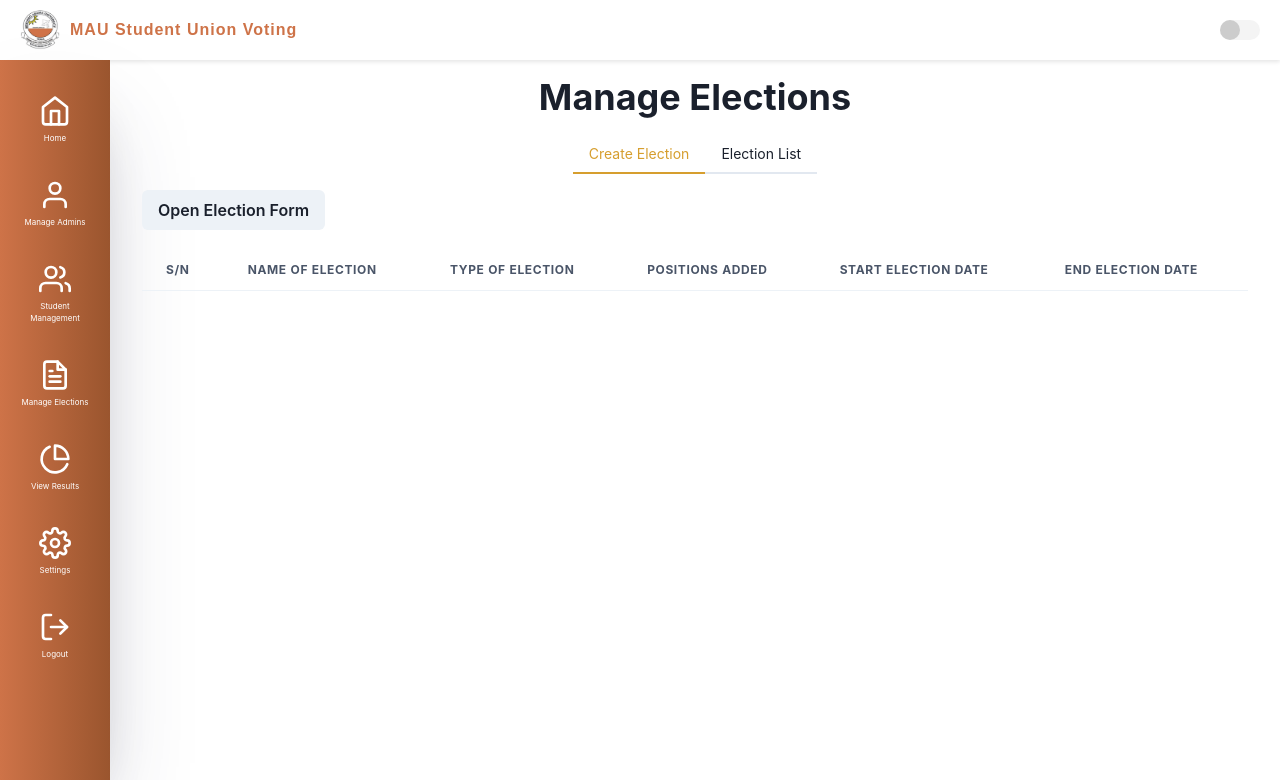
Repository: joena1o/e-vote
Page: /admin-dashboard/manage-elections
These files come from the project's save history. The page is drawn as it stood at one moment and after the next save; the edit follows.
The browser window is 1280 px wide. The pictures show the whole page.
The project was rebuilt for these pictures with package versions that can differ from the ones it lists, and the page was loaded fresh each time. Also part of the build but not shown: src/components/EnhancedLogin.js, src/components/maincontent/RegisterStudents/ManageStudents.js, src/components/maincontent/RegisterStudents/RegisterStudents.js, src/components/maincontent/RegisterStudents/StudentManagement.js, src/components/maincontent/ElectionResults/ViewResults.js, src/components/maincontent/Settings/Settings.js, src/api/index.js, src/components/maincontent/home/Home.styles.js and 15 more.

Above is the page before, as saved 2023-10-26 14:33:55.

After the next save:
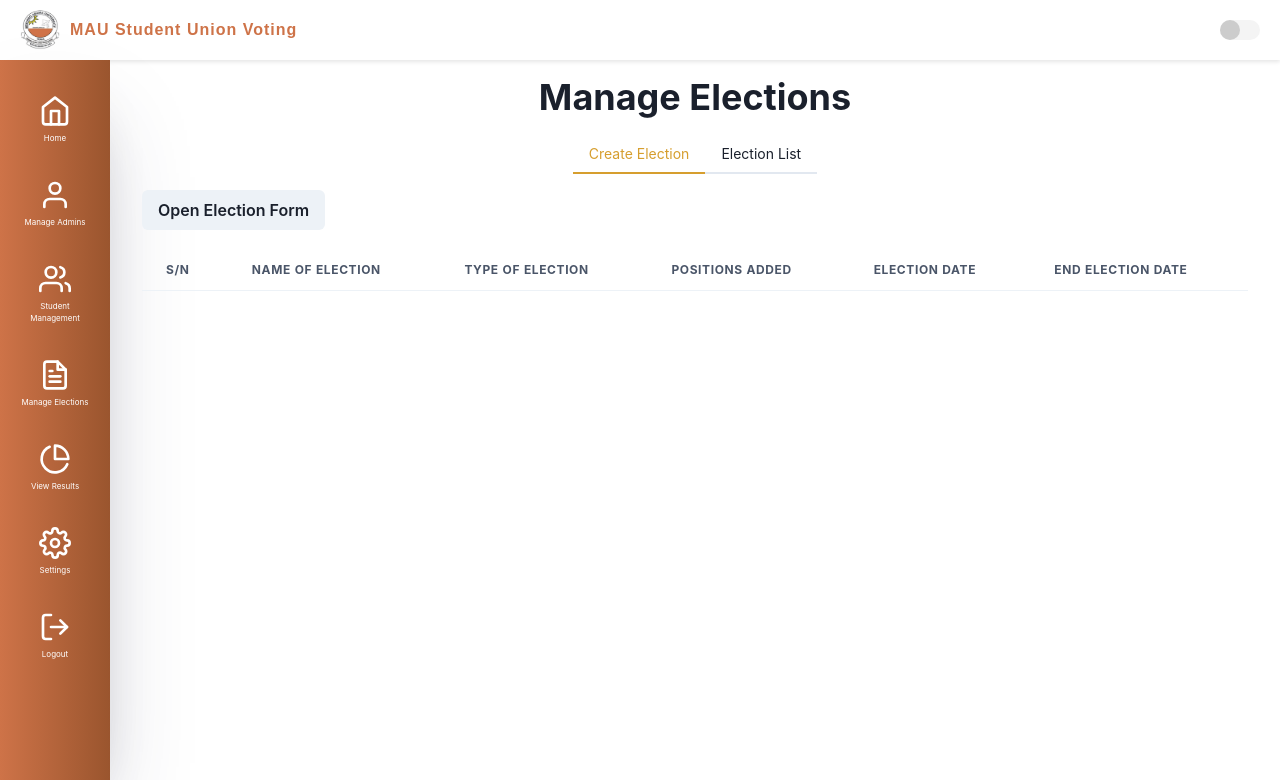
Saved 2 min 53 s later.
--- a/src/components/maincontent/ManageElections/CreateElection.js
+++ b/src/components/maincontent/ManageElections/CreateElection.js
@@ -89,7 +89,7 @@ const CreateElection = () => {
               <Th>Name of Election</Th>
               <Th>Type of Election</Th>
               <Th>Positions Added</Th>
-              <Th>Start Election Date</Th>
+              <Th>Election Date</Th>
               <Th>End Election Date</Th>
             </Tr>
           </Thead>
@@ -150,23 +150,13 @@ const CreateElection = () => {
 
             <FormControl>
               <FormLabel><FiCalendar /> Election Date:</FormLabel>
-              <Flex justify="space-between">
-                <Input
-                  name="startDate"
-                  type="date"
-                  onChange={formik.handleChange}
-                  value={formik.values.startDate}
-                />
-                <Input
-                  name="endDate"
-                  type="date"
-                  onChange={formik.handleChange}
-                  value={formik.values.endDate}
-                />
-              </Flex>
-              <Text color="red.500">
-                {formik.errors.startDate && formik.errors.endDate && 'Start and End Dates are required'}
-              </Text>
+              <Input
+                name="startDate"
+                type="date"
+                onChange={formik.handleChange}
+                value={formik.values.startDate}
+              />
+              {formik.errors.startDate && <Text color="red.500">{formik.errors.startDate}</Text>}
             </FormControl>
 
             {(electionType === 'faculty' || electionType === 'department') && (
